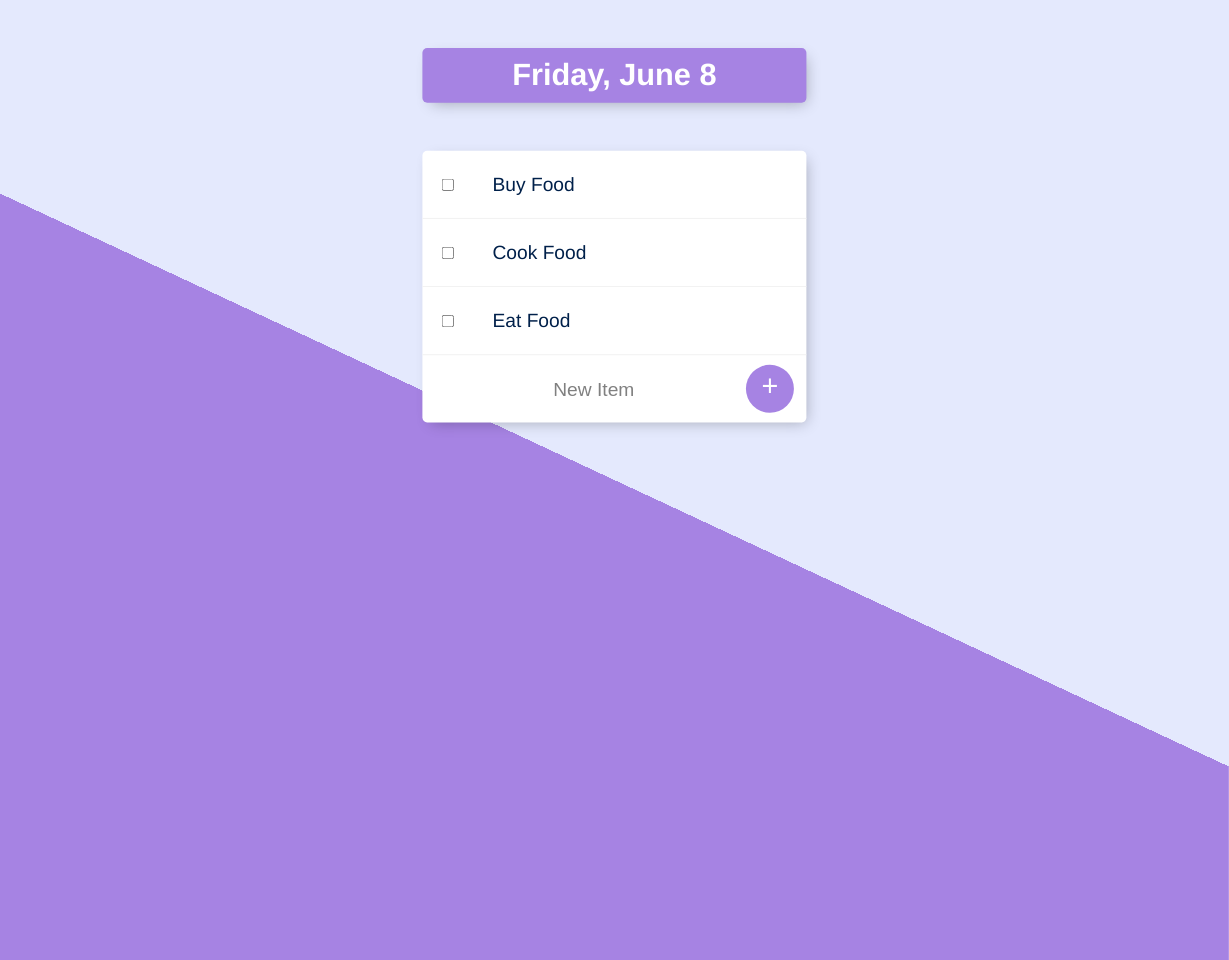
Repository: DESTINYAS/ToDo-List
Page: http://localhost/
An editor plug-in stored every save of this project. The page is shown before and after the next save, followed by the edit.
The browser window is 1280 px wide. The pictures show the whole page, at 96% of full size.
The page is served by the project's Node server (app.js).

Above is the page before, as saved 2022-08-25 07:37:08.

After the next save:
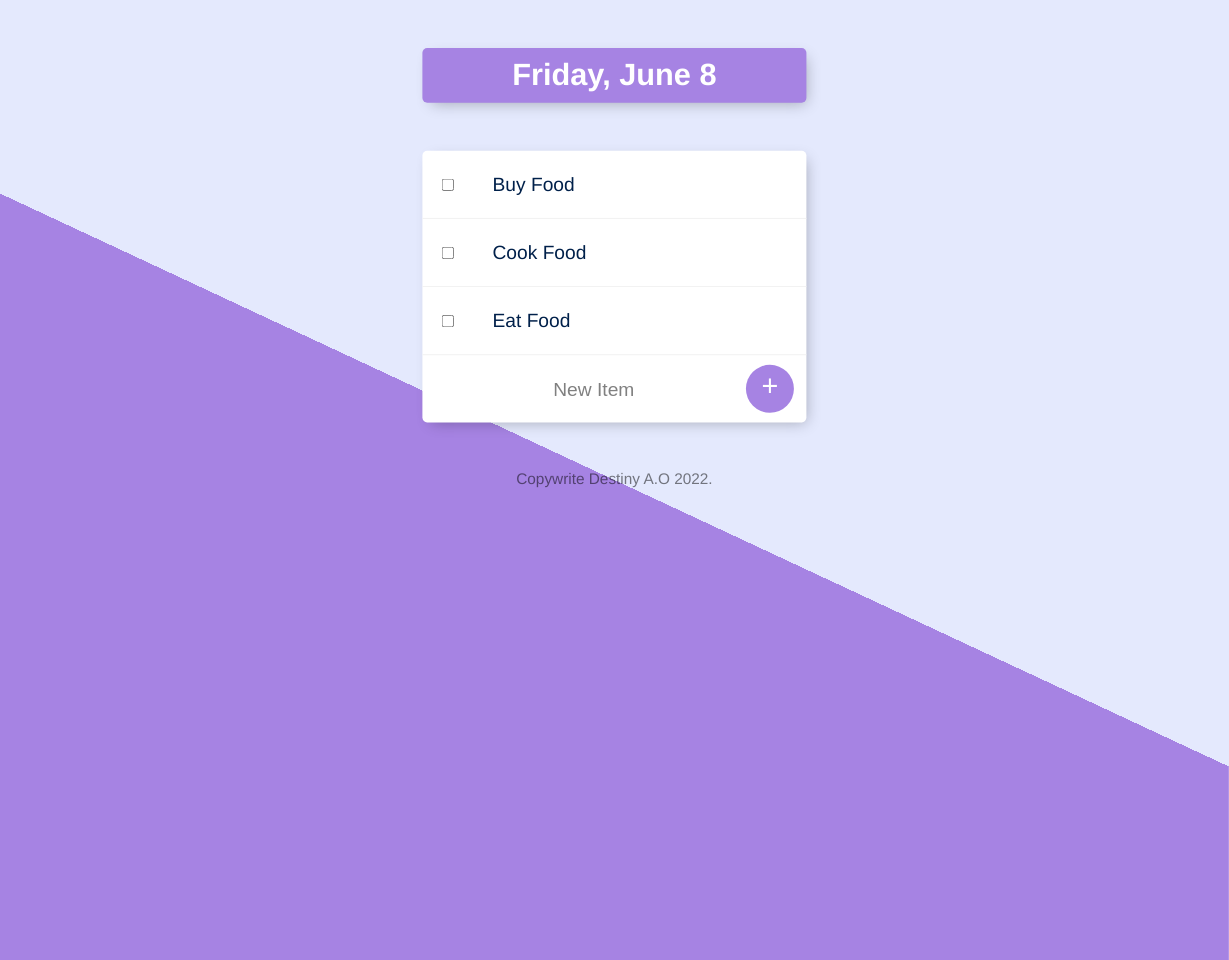
Saved 2 min 59 s later.
--- a/views/list.ejs
+++ b/views/list.ejs
@@ -1,13 +1,5 @@
-<!DOCTYPE html>
-<html lang="en">
-  <head>
-    <meta charset="UTF-8" />
-    <meta http-equiv="X-UA-Compatible" content="IE=edge" />
-    <meta name="viewport" content="width=device-width, initial-scale=1.0" />
-    <title>To do list</title>
-    <link rel="stylesheet" href="css/styles.css">
-  </head>
-  <body>
+
+    <%- include('header'); -%>
     <div class="box" id="heading">
       <h1><%= listTitle %></h1>
     </div>
@@ -24,5 +16,4 @@
         <button type="submit" name="list" value=<%= listTitle %>>+</button>
       </form>
     </div>
-  </body>
-</html>
+    <%- include('footer'); -%>
